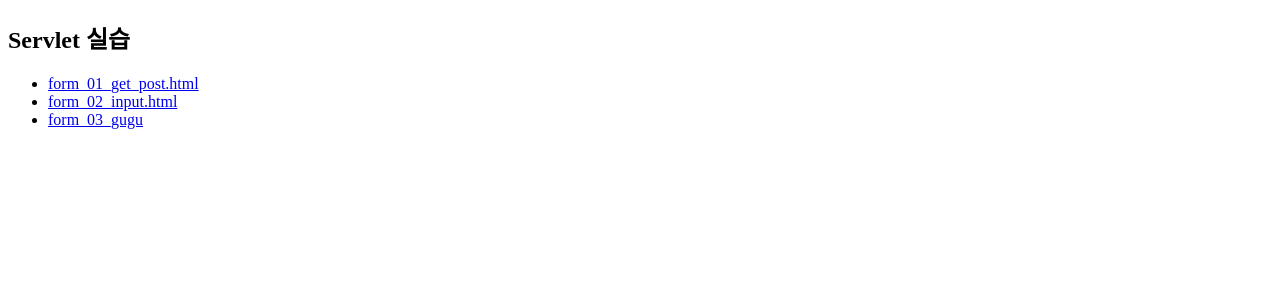
Repository: juhyung1/java_edu_web
Page: BackEnd_01_Practice/src/main/webapp/index.html
An editor plug-in stored every save of this project. The page is shown before and after the next save, followed by the edit.
The browser window is 1280 px wide. The pictures show the whole page.

Above is the page before, as saved 2026-10-06 05:46:44.

### BackEnd_01_Practice/src/main/webapp/index.html
<!DOCTYPE html>
<html>
<head>
<meta charset="UTF-8">
<title>대문</title>
</head>
<body>
	<h2>Servlet 실습</h2>
	<ul>
		<li><a href="form_01_get_post.html">form_01_get_post.html</a></li>
		<li><a href="form_02_input.html">form_02_input.html</a></li>
		<li><a href="form_03_gugu.html">form_03_gugu</a></li>
	</ul>

</body>
</html>

After the next save:
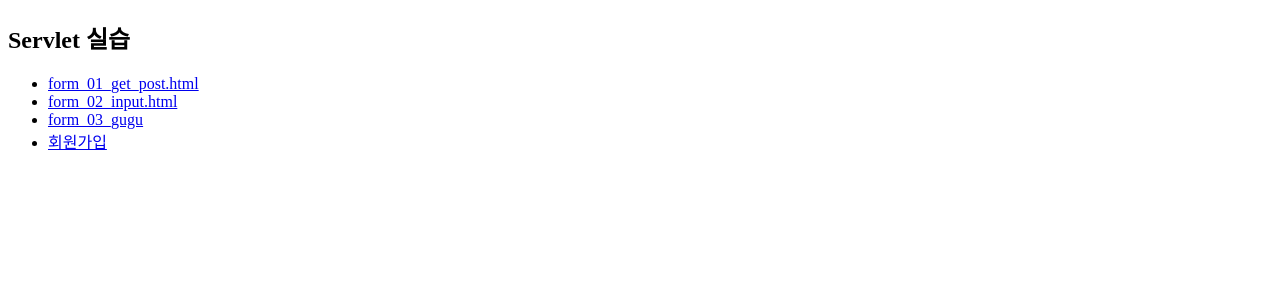
Saved 85 s later.
--- a/BackEnd_01_Practice/src/main/webapp/index.html
+++ b/BackEnd_01_Practice/src/main/webapp/index.html
@@ -10,6 +10,7 @@
 		<li><a href="form_01_get_post.html">form_01_get_post.html</a></li>
 		<li><a href="form_02_input.html">form_02_input.html</a></li>
 		<li><a href="form_03_gugu.html">form_03_gugu</a></li>
+		<li><a href="sign.html">회원가입</a></li>
 	</ul>
 
 </body>
